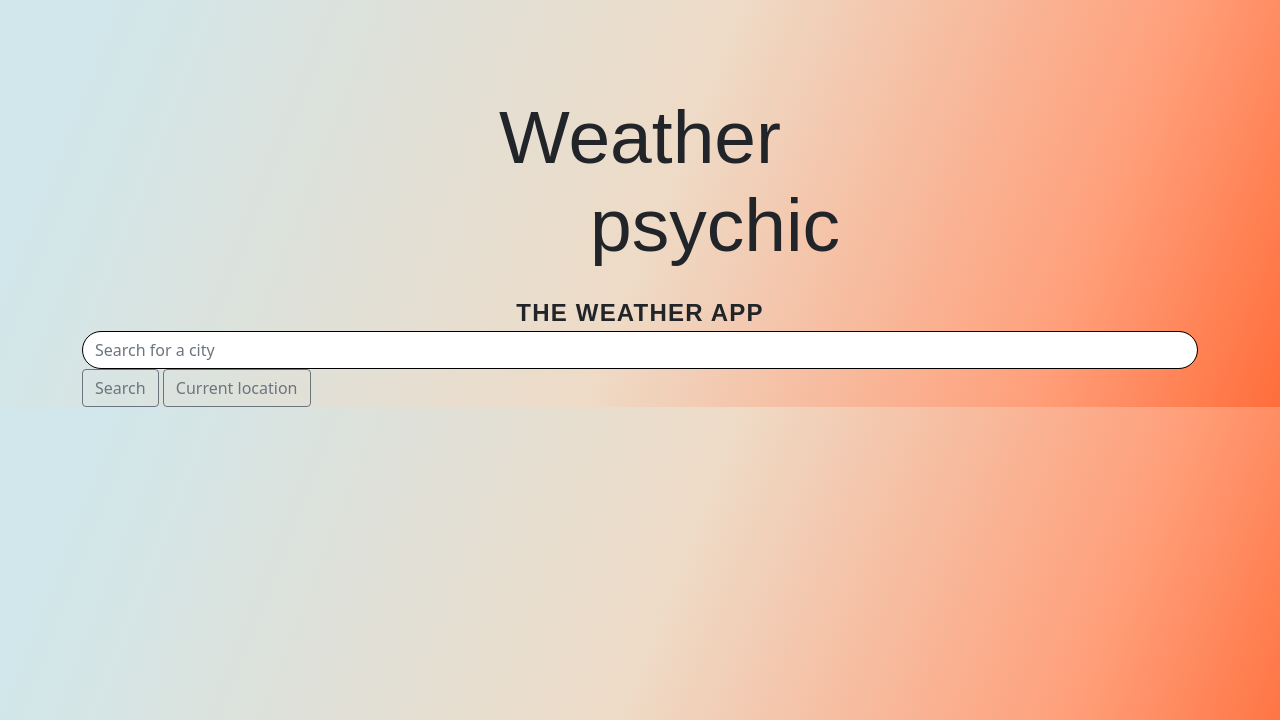
Repository: kathrin-aigner/vanilla-weather-app
Page: index.html
An editor plug-in stored every save of this project. The page is shown before and after the next save, followed by the edit.
The browser window is 1280 px wide. The pictures show the whole page.
Some web fonts or font styles are not loaded; a fallback is used.

Above is the page before, as saved 2022-01-24 12:41:21.

After the next save:
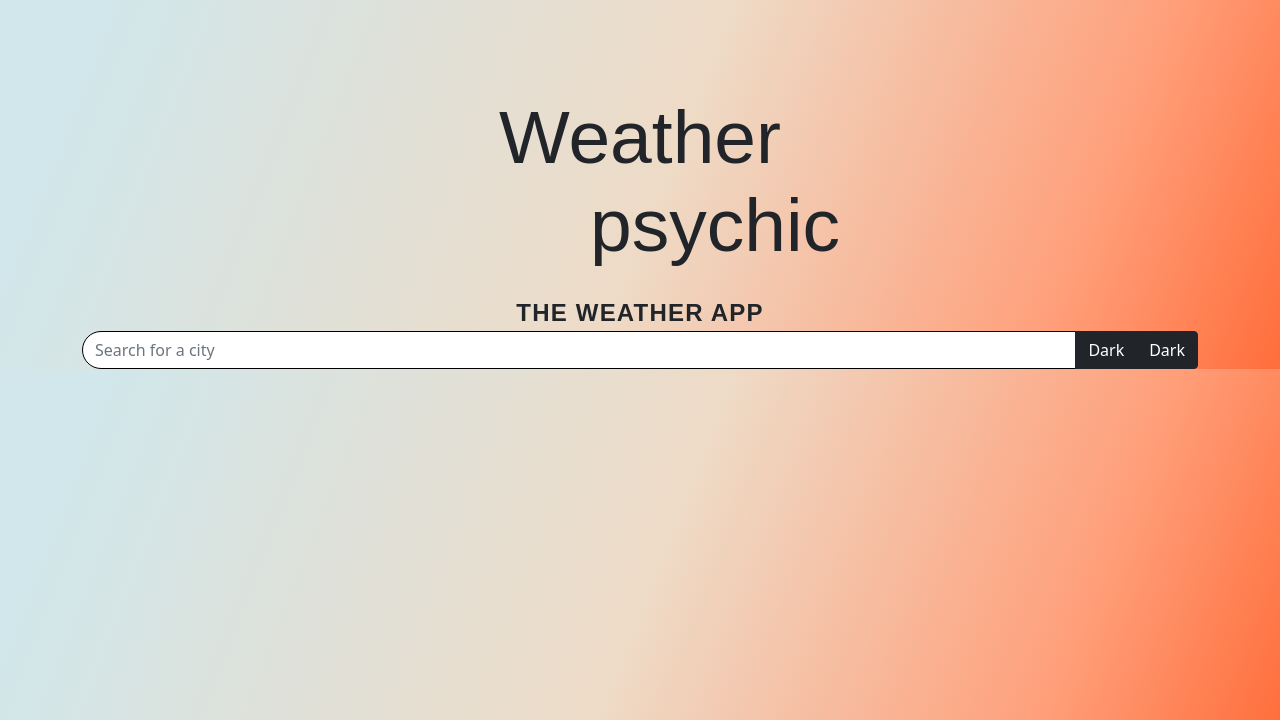
Saved 71 s later.
--- a/index.html
+++ b/index.html
@@ -35,9 +35,7 @@
       placeholder="Search for a city"
       aria-label="City search input with two Buttons"
     />
+    <button type="button" class="btn btn-dark">Dark</button>
+    <button type="button" class="btn btn-dark">Dark</button>
   </div>
-  <button class="btn btn-outline-secondary" type="button">Search</button>
-  <button class="btn btn-outline-secondary" type="button">
-    Current location
-  </button>
 </div>
